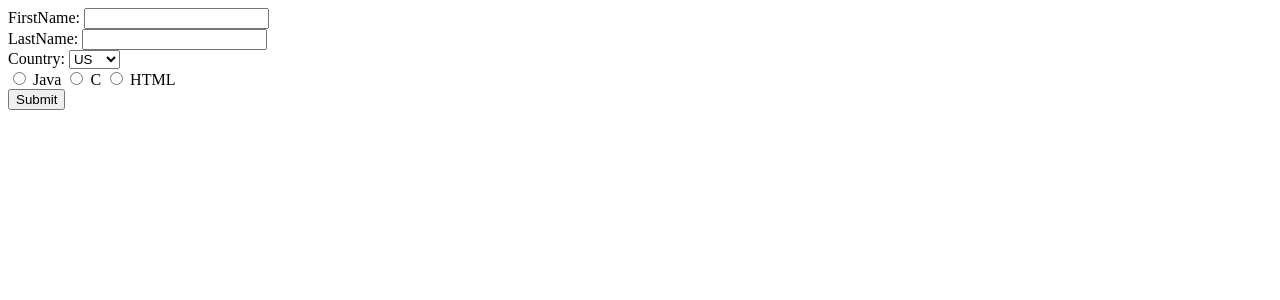
Repository: PuchakayalaVyshnavi/Bootstrap5
Page: Java/jspdemo/src/main/webapp/Student-form.html
These files come from the project's save history. The page is drawn as it stood at one moment and after the next save; the edit follows.
The browser window is 1280 px wide. The pictures show the whole page.

Above is the page before, as saved 2021-08-17 08:33:29.

After the next save:
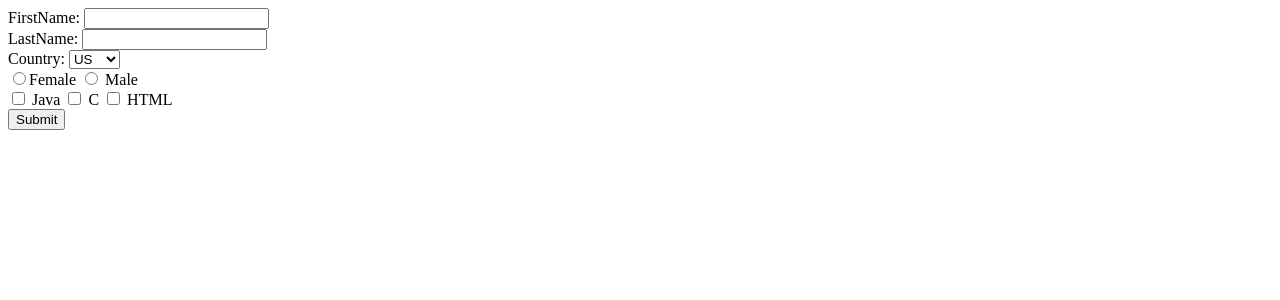
Saved 3 min 17 s later.
--- a/Java/jspdemo/src/main/webapp/Student-form.html
+++ b/Java/jspdemo/src/main/webapp/Student-form.html
@@ -14,10 +14,14 @@ LastName: <input type ="text" name="lastName"/>
 <option>India</option>
 </select>
 <br/>
-<input type="radio" name="language" value="java"> Java
-<input type="radio" name="language" value="C"> C
-<input type="radio" name="language" value="HTML"> HTML
+<input type="radio" name="gender" value="Female">Female
+<input type="radio" name="gender" value="Male"> Male
 <br/>
+<input type="checkbox" name="language" value="java"> Java
+<input type="checkbox" name="language" value="C"> C
+<input type="checkbox" name="language" value="HTML"> HTML
+<br/>
+
 <input type = "submit" value="Submit"/>
 </form>
 </body>
